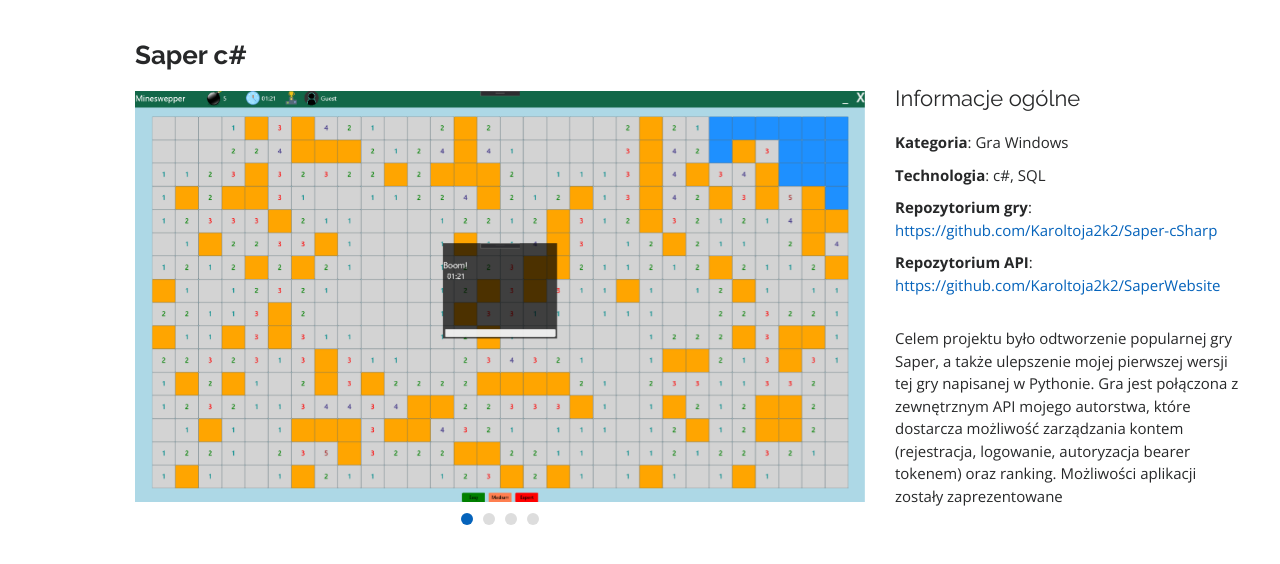
Repository: Karoltoja2k2/MyResume
Page: mineswepperC#-details.html
These files come from the project's save history. The page is drawn as it stood at one moment and after the next save; the edit follows.
The browser window is 1280 px wide. The pictures show the whole page.
Pictures or frames that could not be fetched are drawn as grey boxes.

Above is the page before, as saved 2020-06-21 14:55:49.

After the next save:
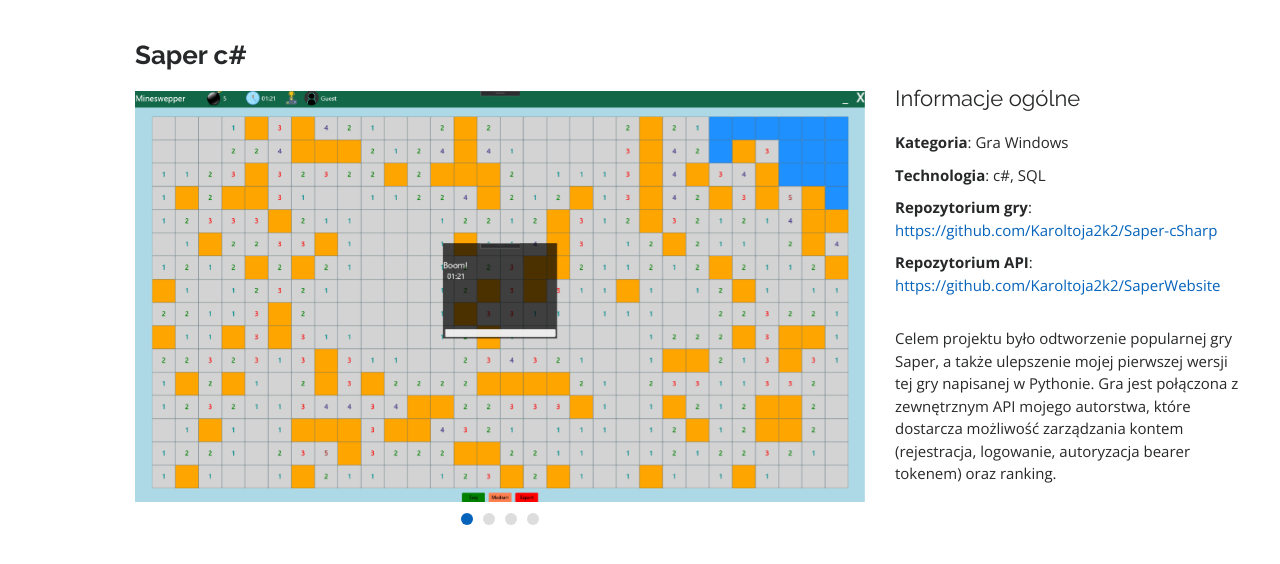
Saved 1 s later.
--- a/mineswepperC#-details.html
+++ b/mineswepperC#-details.html
@@ -69,7 +69,7 @@
             <p>
               Celem projektu było odtworzenie popularnej gry Saper, a także ulepszenie mojej pierwszej wersji tej gry napisanej w Pythonie.
               Gra jest połączona z zewnętrznym API mojego autorstwa, które dostarcza możliwość zarządzania kontem (rejestracja,
-              logowanie, autoryzacja bearer tokenem) oraz ranking. Możliwości aplikacji zostały zaprezentowane
+              logowanie, autoryzacja bearer tokenem) oraz ranking.
             </p>
           </div>
 
